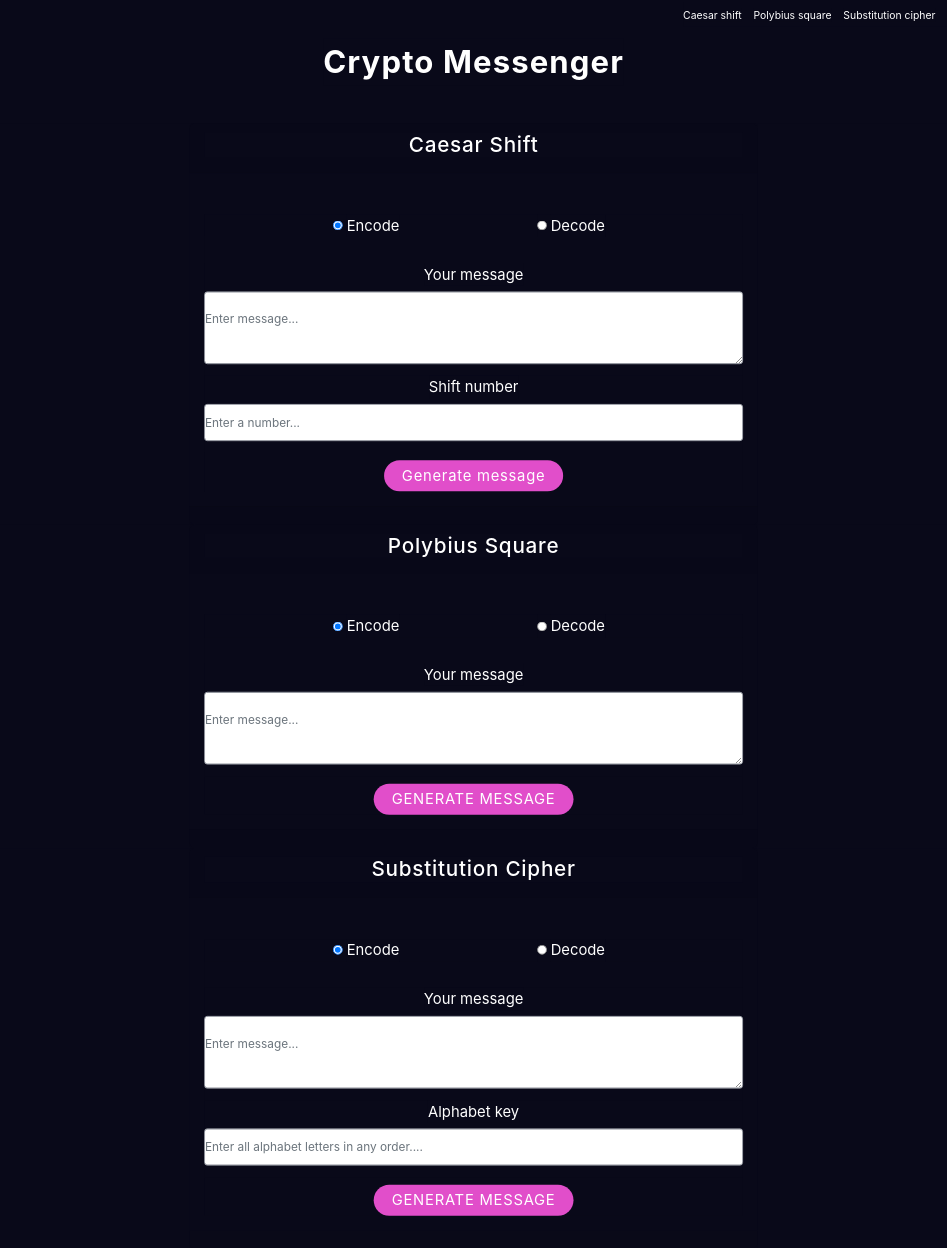
Repository: Rthompson2548/Project-Decoder-Ring
Page: index.html
An editor plug-in stored every save of this project. The page is shown before and after the next save, followed by the edit.
The browser window is 1280 px wide. The pictures show the whole page, at 74% of full size.

Above is the page before, as saved 2022-04-09 20:27:44.

After the next save:
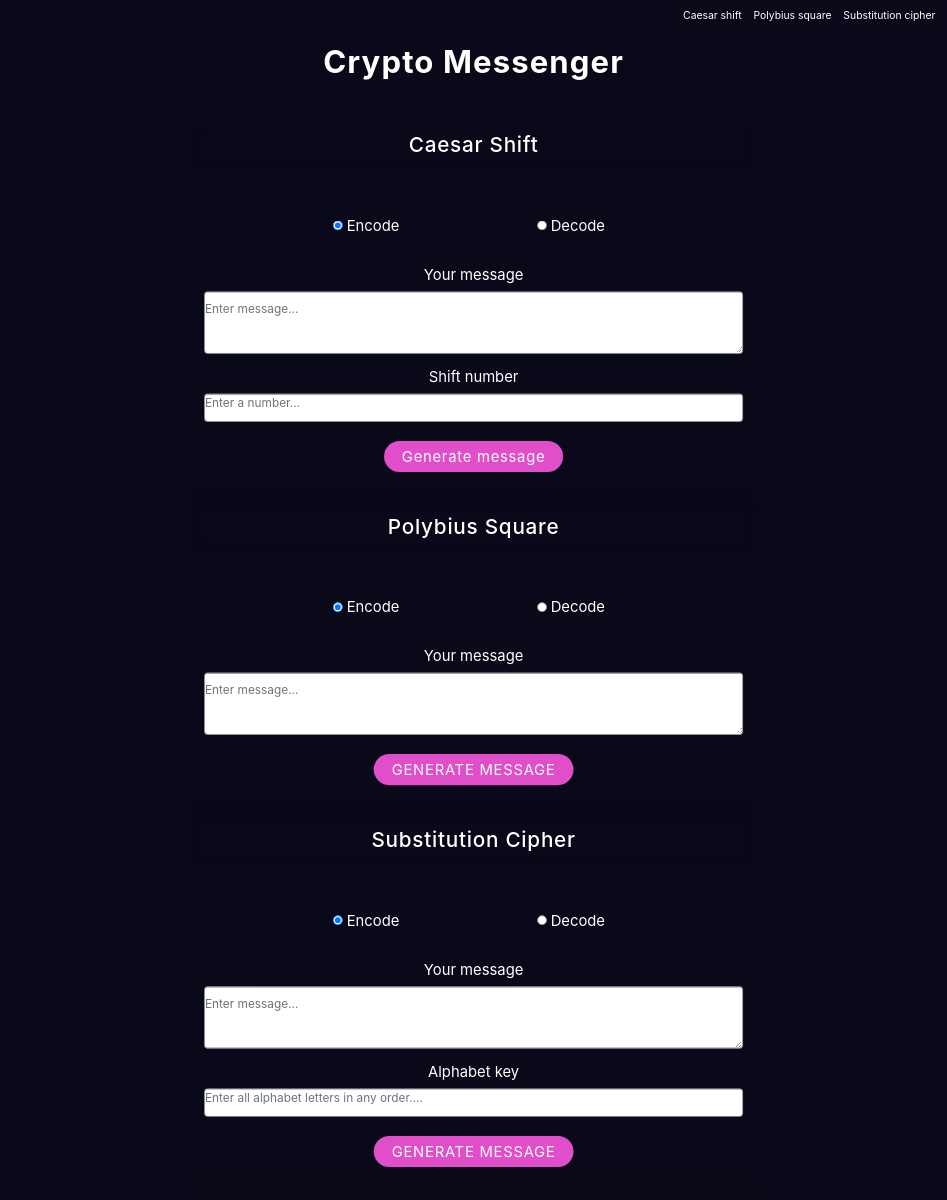
Saved 9 s later.
--- a/index.css
+++ b/index.css
@@ -14,7 +14,7 @@ html, body, #page {
 input, textarea {
   font-size: 16px !important;
   border-radius: 15px;
-  padding: 24px 0 !important;
+  padding: 10px 0 24px 0 !important;
 }
 
 .page-content {
